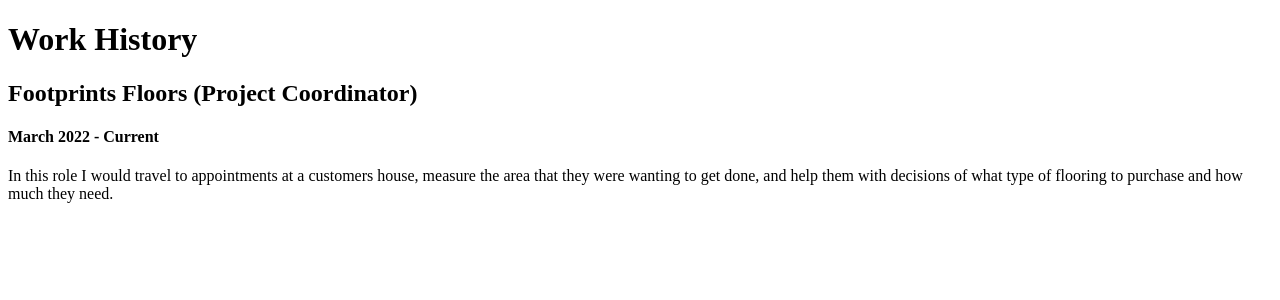
Repository: TEazy2433/LAB-HTML-Resume
Page: index.html
These files come from the project's save history. The page is drawn as it stood at one moment and after the next save; the edit follows.
The browser window is 1280 px wide. The pictures show the whole page.

Above is the page before, as saved 2023-10-11 18:39:46.

After the next save:
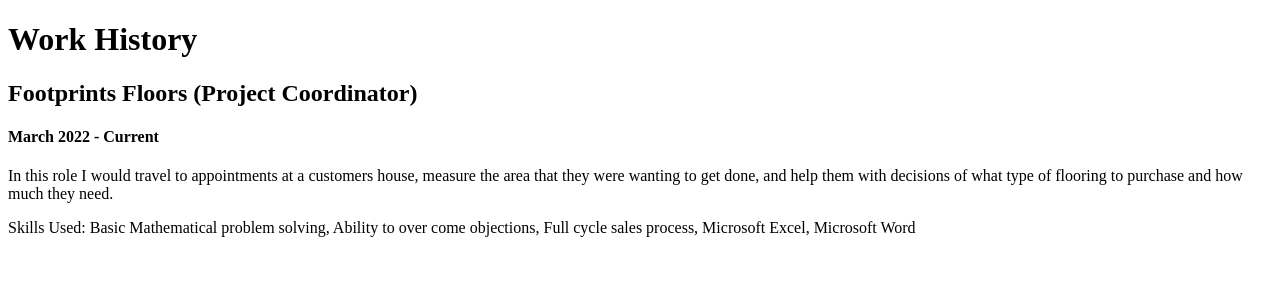
Saved 30 s later.
--- a/index.html
+++ b/index.html
@@ -13,6 +13,7 @@
     <h4>March 2022 - Current</h4>
     <section></section>
       <p>In this role I would travel to appointments at a customers house, measure the area that they were wanting to get done, and help them with decisions of what type of flooring to purchase and how much they need.</p>
+        <p>Skills Used: Basic Mathematical problem solving, Ability to over come objections, Full cycle sales process, Microsoft Excel, Microsoft Word</p>
 
   </article>
   <script src="main.js"></script>
